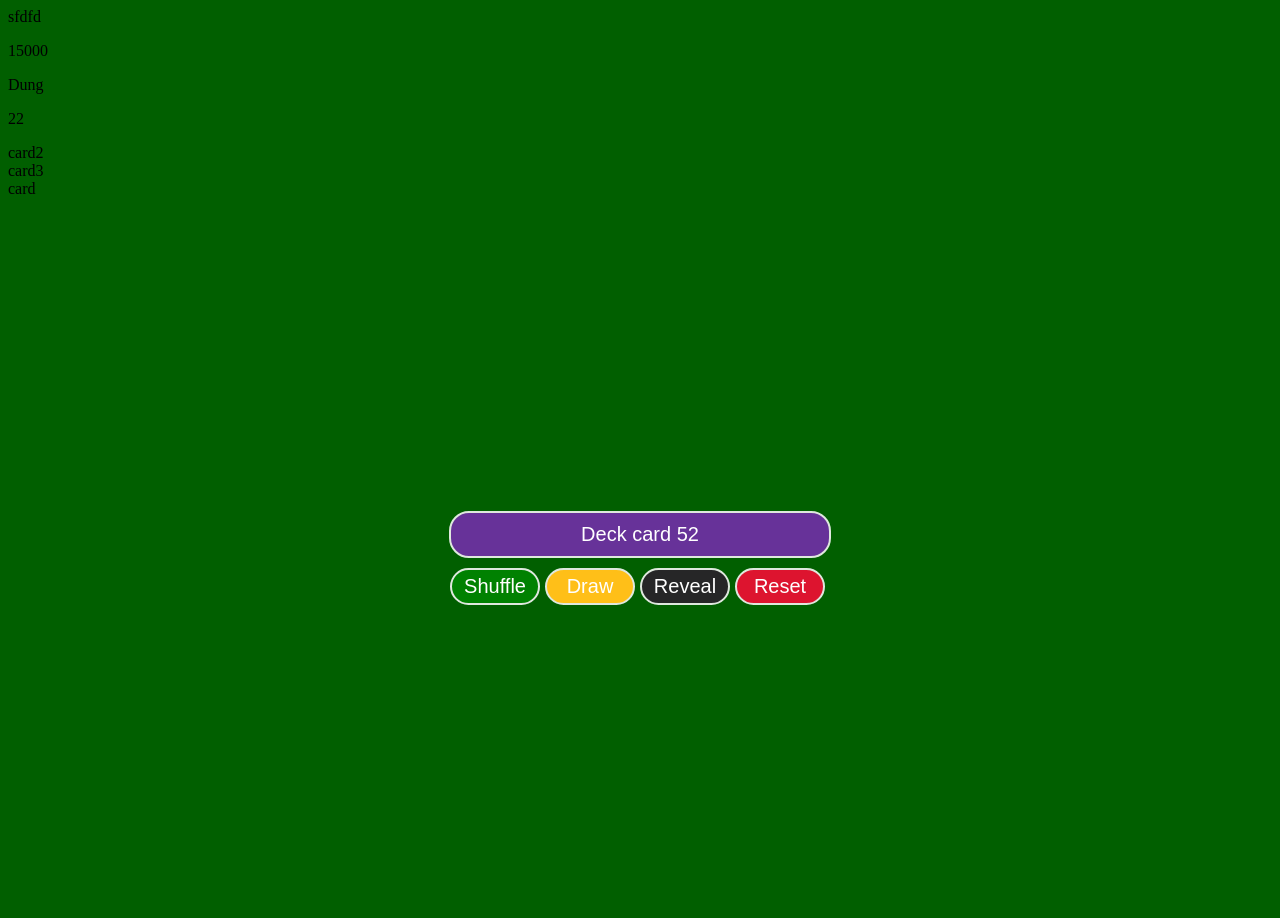
Repository: tiendungjr123/app-baicao
Page: /
The author's editor kept a copy of each file at every save. The page is drawn from the files as they stood at one save, then again after the next save.
The browser window is 1280 px wide. The pictures show the whole page.
The project was rebuilt for these pictures with package versions that can differ from the ones it lists, and the page was loaded fresh each time. Also part of the build but not shown: src/index.css.

Above is the page before, as saved 2022-10-11 00:01:05.

After the next save:
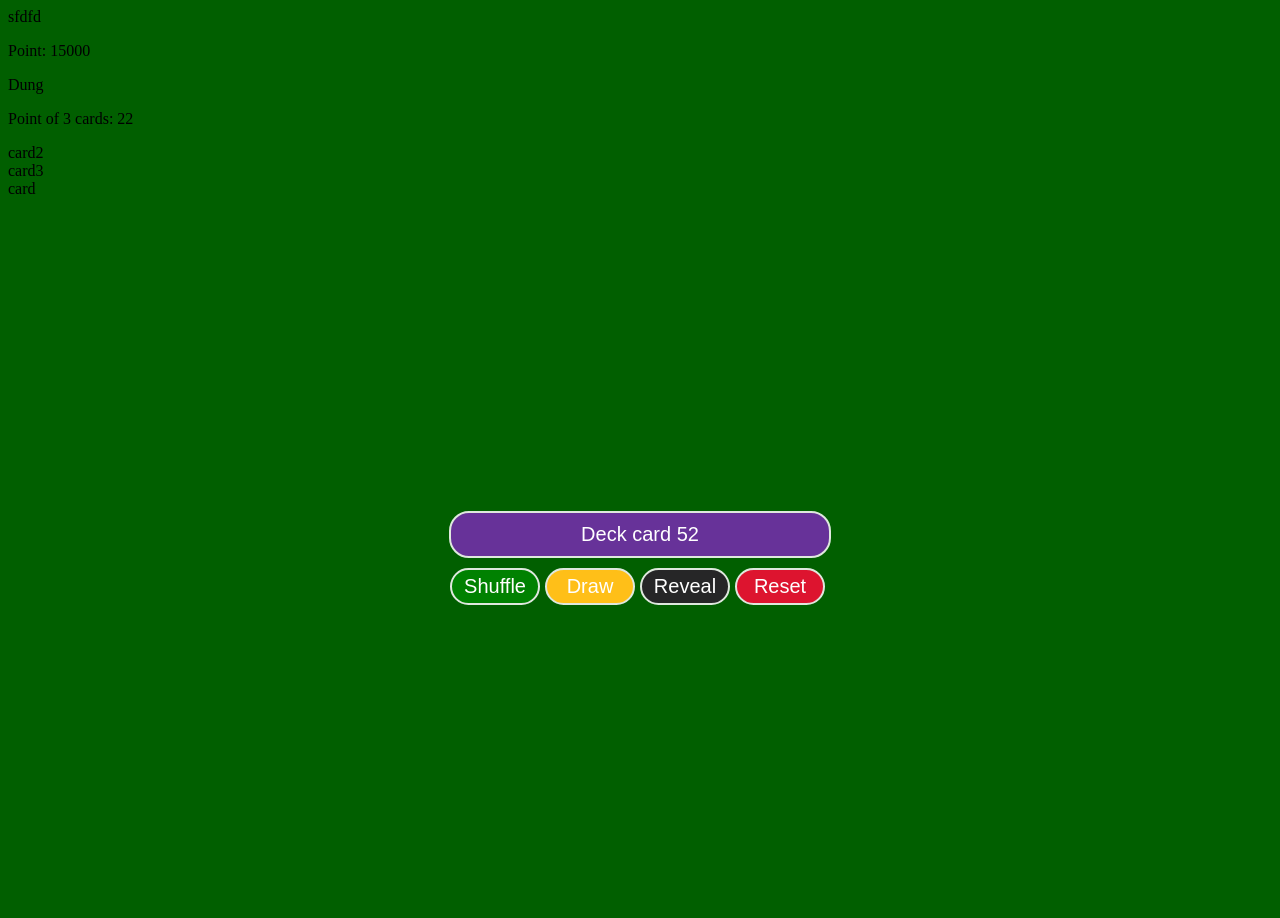
Saved 50 s later.
--- a/src/Components/card.jsx
+++ b/src/Components/card.jsx
@@ -6,9 +6,9 @@ const Card = () => {
          <div className='card-img'>
             sfdfd
          </div>
-         <p className='point'>15000</p>
+         <p className='point'>Point: 15000</p>
          <p className='user'>Dung</p>
-         <p className='point-card'>22</p>
+         <p className='point-card'>Point of 3 cards: 22</p>
       </div>
    );
 }
